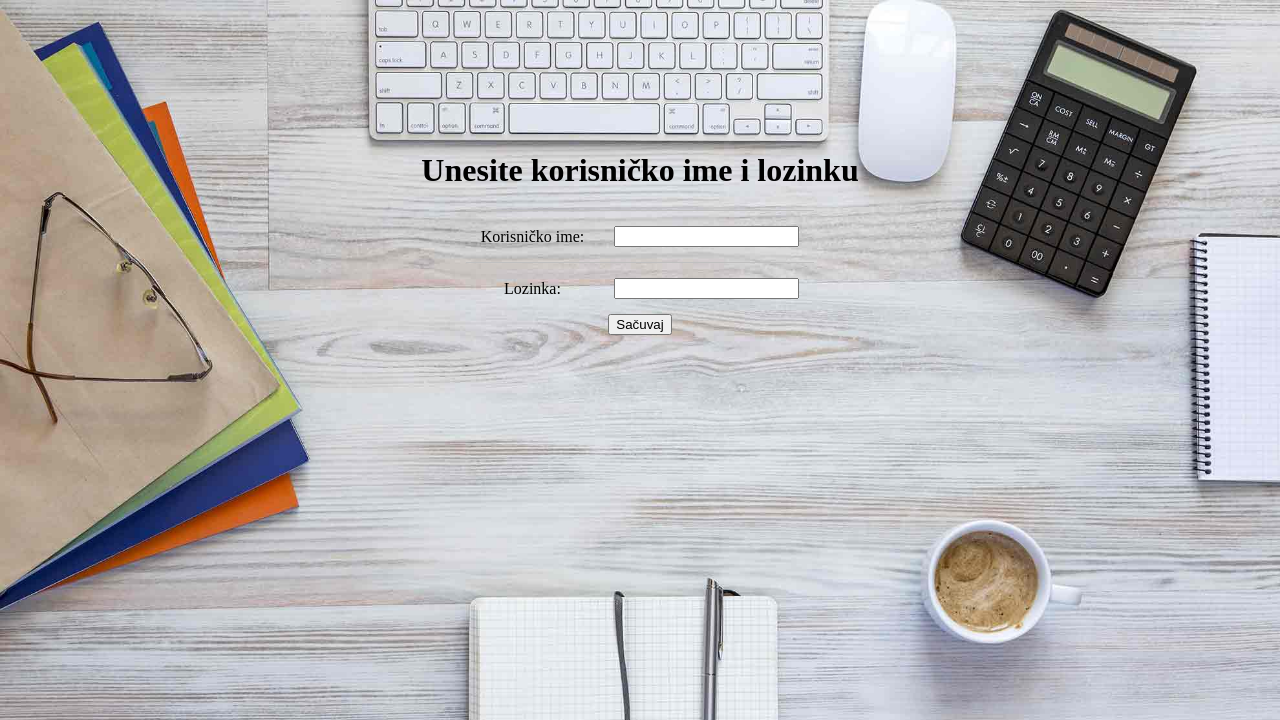
Repository: KristijanPetkovic/java-applet-video-library
Page: Projekti/www.videoteka.com/WebContent/noviKorisnik.html
An editor plug-in stored every save of this project. The page is shown before and after the next save, followed by the edit.
The browser window is 1280 px wide. The pictures show the whole page.

Above is the page before, as saved 2019-01-09 20:58:26.

After the next save:
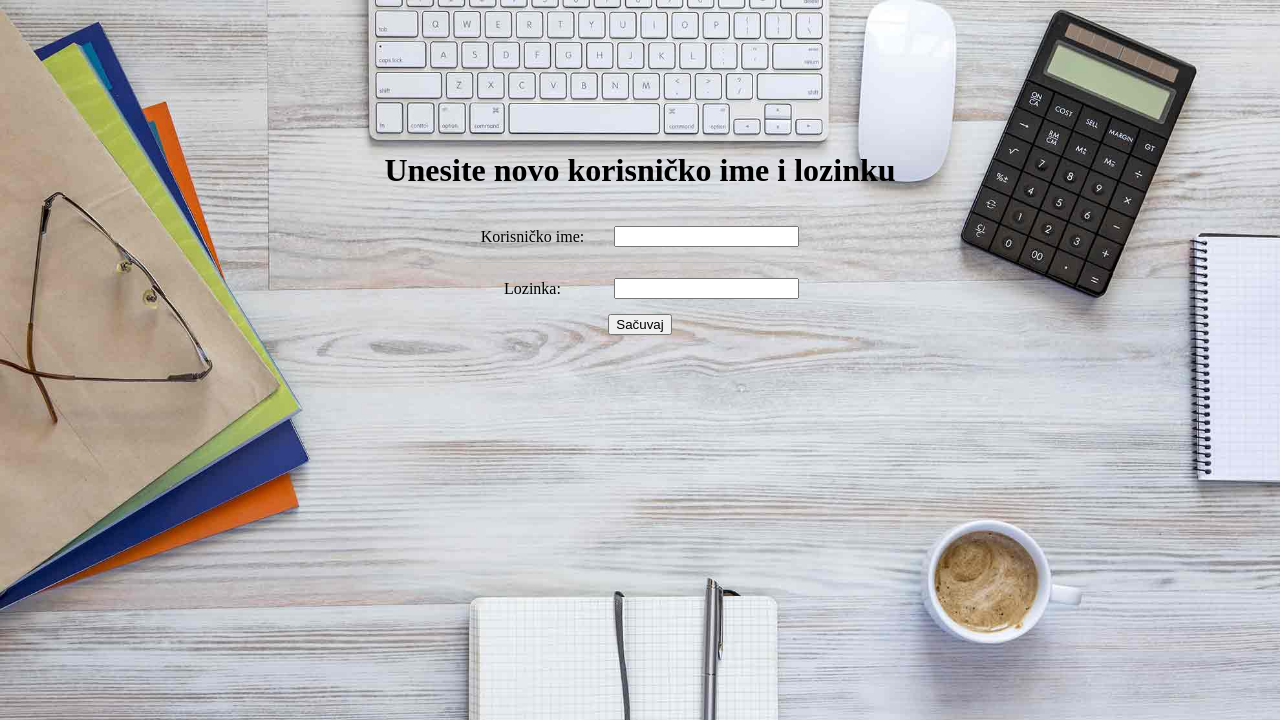
Saved 21 s later.
--- a/Projekti/www.videoteka.com/WebContent/noviKorisnik.html
+++ b/Projekti/www.videoteka.com/WebContent/noviKorisnik.html
@@ -6,7 +6,7 @@
 		<link rel="stylesheet" href="noviKorisnik.css" >
 	</head>
 	<body>
-		<h1 id="naslov">Unesite korisničko ime i lozinku</h1>
+		<h1 id="naslov">Unesite novo korisničko ime i lozinku</h1>
 		<form action="NoviKorisnikServlet" method="post">
 			<table class="center" cellpadding="15px">
 				<tr>
